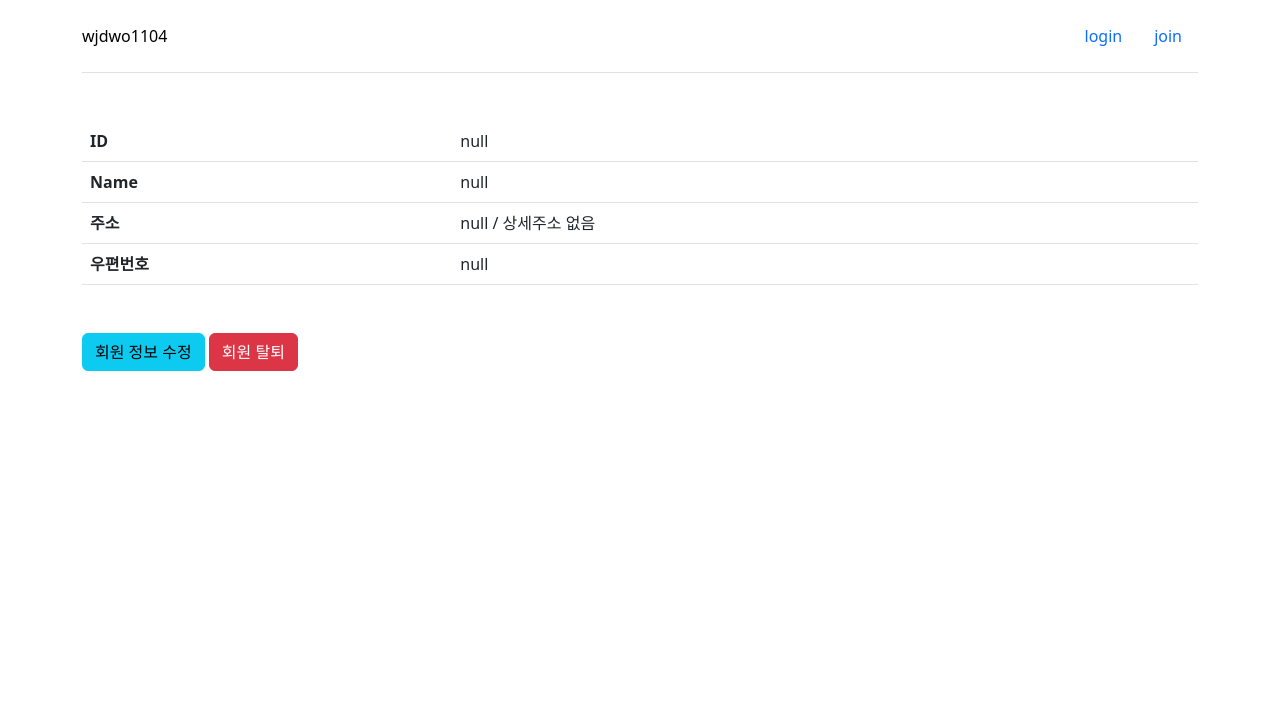
Repository: gain00/lecture1
Page: http://localhost/db-connect/modify.jsp
These files come from the project's save history. The page is drawn as it stood at one moment and after the next save; the edit follows.
The browser window is 1280 px wide. The pictures show the whole page.
The page is served by Tomcat 9. Queries for data that is not in the repository find no rows.

Above is the page before, as saved 2023-06-07 08:36:01.

After the next save:
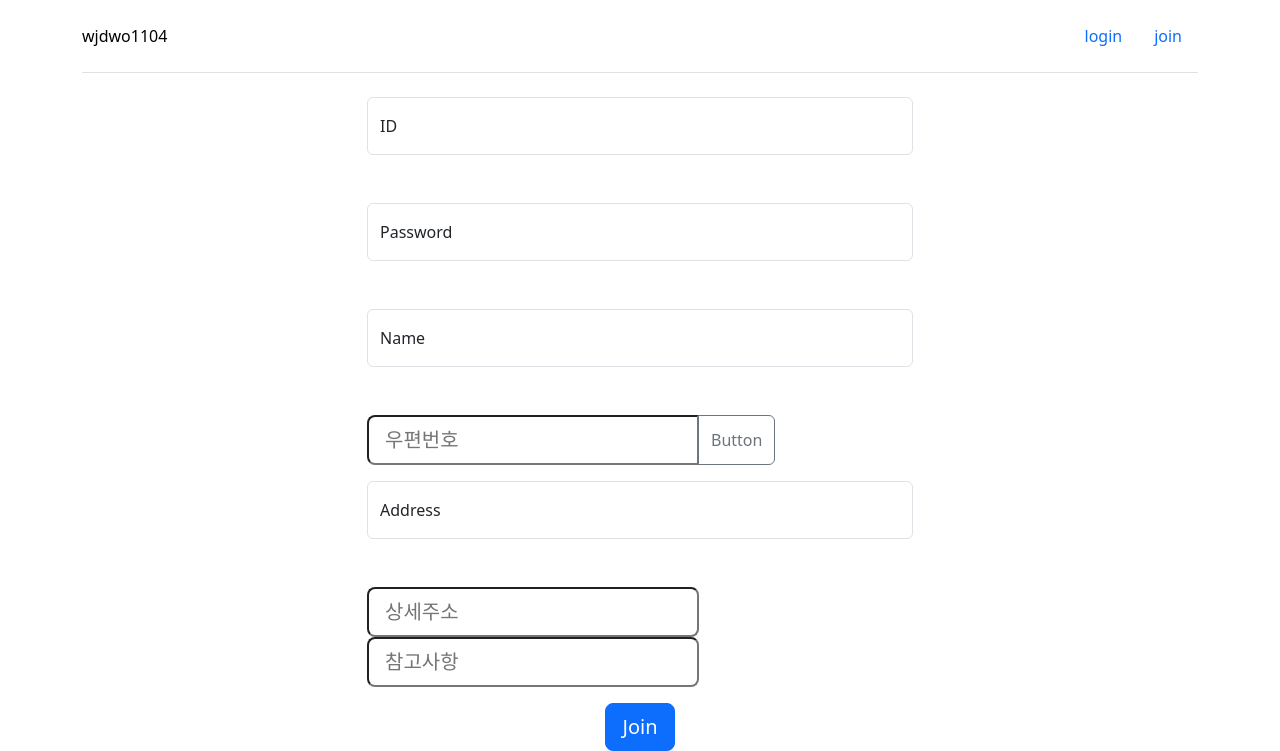
Saved 3 min 39 s later.
--- a/db-connect/src/main/webapp/modify.jsp
+++ b/db-connect/src/main/webapp/modify.jsp
@@ -46,32 +46,45 @@
 
 %>
 
-<div class="container-sm mt-5">
-  <table class="table">
-    <tbody>
-      <tr>
-        <th scope="row">ID</th>
-        <td><%= pLoggedUserId %></td>
-      </tr>
+  <form action="modify-process.jsp" method="post" class="join">
+    <div class="container-sm">
+      <div class="row justify-content-center">
+        <div class="col-6">
+          <div class="form-floating mb-5">
+            <input type="text" class="form-control" name="userId" id="floatingInput" placeholder="아이디를 입력해주세요" />
+            <label for="floatingInput">ID</label>
+          </div>
+          <div class="form-floating mb-5">
+            <input type="password" class="form-control" name="userPw" id="floatingPassword" placeholder="Password" />
+            <label for="floatingPassword">Password</label>
+          </div>
+          <div class="form-floating mb-5">
+            <input type="text" class="form-control" name="userName" id="floatingName" placeholder="이름" />
+            <label for="floatingName">Name</label>
+          </div>
 
-      <tr>
-        <th scope="row">Name</th>
-        <td><%= name %></td>
-      </tr>
-      <tr>
-        <th scope="row">주소</th>
-        <td><%= address +" / "+ detailAddress %></td>
-      </tr>
-      <tr>
-        <th scope="row">우편번호</th>
-        <td><%= zonecode %></td>
-      </tr>
-    </tbody>
-  </table>
-  <div class="mt-5">
-    <a href="modify.jsp" class="btn btn-info">회원 정보 수정</a>
-    <a href="delete.jsp" class="btn btn-danger">회원 탈퇴</a>
-  </div>
-</div>
+          <div class="input-group mb-3">
+            <input type="text" class="form-control-lg" placeholder="우편번호" id="zonecode" name="zonecode" readonly />
+            <button class="btn btn-outline-secondary" type="button" id="button-addon2" onclick="searchZonecode()">Button</button>
+          </div>
+
+          <div class="form-floating mb-5">
+            <input type="text" class="form-control address" name="userAddress" id="floatingAddress" placeholder="주소를 입력해주세요" />
+            <label for="floatingAddress">Address</label>
+          </div>
+          <div class="row mb-3">
+            <div class="col">
+              <input type="text" class="form-control-lg detailAddress" placeholder="상세주소" aria-label="First name" name="detailAddress" />
+            </div>
+            <div class="col">
+              <input type="text" class="form-control-lg extraAddress" placeholder="참고사항" aria-label="Last name" name="extraAddress" />
+            </div>
+          </div>
+
+          <div class="text-center"><button type="submit" class="btn btn-primary btn-lg">Join</button></div>
+        </div>
+      </div>
+    </div>
+  </form>
 
 <%@ include file="include/footer.jsp" %>
